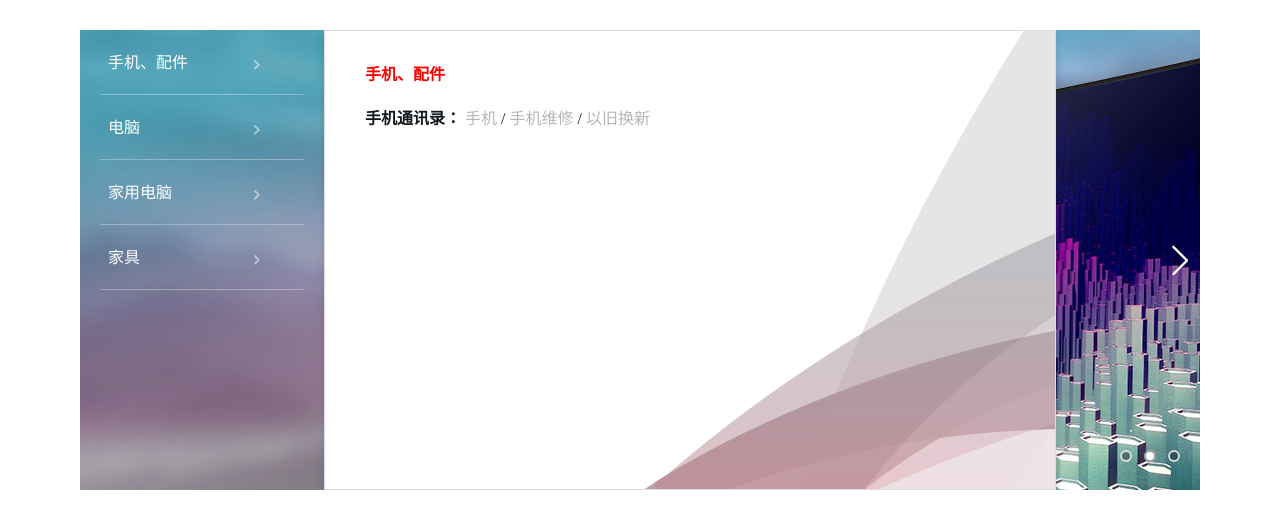
Repository: zhenzhen-gong/JSslider
Page: index.html
These files come from the project's save history. The page is drawn as it stood at one moment and after the next save; the edit follows.
The browser window is 1280 px wide. The pictures show the whole page.

Above is the page before, as saved 2020-06-06 18:56:39.

### index.html
<!DOCTYPE html>
<html lang="en">

<head>
    <meta charset="UTF-8">
    <meta name="viewport" content="width=device-width, initial-scale=1.0">
    <title>JS实现轮播图</title>
    <link rel="stylesheet" href="style.css">
    <script src="js.js"></script>
</head>

<body>
    <div class="main" id="main">
        <!-- 导航栏 -->
        <div class="menu-box">
            <div class="menu-title">
                <a href="#">
                    <span class="text">手机、配件</span><span class="ico">&#xe665;</span>
                </a>
            </div>
            <div class="menu-title">
                <a href="#">
                    <span class="text">电脑</span><span class="ico">&#xe665;</span>
                </a>
            </div>
            <div class="menu-title">
                 <a href="#">
                    <span class="text">家用电脑</span><span class="ico">&#xe665;</span>
                </a>
            </div>
            <div class="menu-title">
                <a href="#">
                    <span class="text">家具</span><span class="ico">&#xe665;</span>
                </a>
            </div>
        </div>
        <!-- 子菜单 -->
        <div class="menu-content">
            <!-- 每个一级menu对应的内容 -->
            <div class="content-box">
                <h4>手机、配件</h4>
                <ul>
                    <li>
                        <span class="title">手机通讯录：</span>
                        <a href="#">手机</a>
                        <span>/</span>
                        <a href="#">手机维修</a>
                        <span>/</span>
                        <a href="#">以旧换新</a>
                    </li>
                    <li></li>
                    <li></li>
                    <li></li>
                    <li></li>
                </ul>
            </div>
        </div>
        <!-- 图片轮播 -->
        <div class="slider" id="slider">
            <a href="">
                <div class="img img1 img-active"></div>
            </a>
            <a href="">
                <div class="img img2"></div>
            </a>
            <a href="">
                <div class="img img3"></div>
            </a>
        </div>
        <!-- 左右箭头 -->
        <span class="button left" id="pre"></span>
        <span class="button right" id="next"></span>
        <!-- 圆点切换 -->
        <div class="circle" id="circle">
            <span class="active"></span>
            <span></span>
            <span></span>
        </div>
        <div class="nav"></div>
        <div class="content"></div>
    </div>
</body>

</html>

### style.css
*{
    margin: 0;
    padding: 0;
}
ul{
    list-style: none;
}
@font-face {font-family: 'iconfont';
    src: url('../img/font/iconfont.eot');
    src: url('../img/font/iconfont.eot') format('embedded-opentype'),
    url('../img/font/iconfont.woff') format('woff'),
    url('../img/font/iconfont.ttf') format('truetype'),
    url('../img/font/iconfont.svg#iconfont') format('svg');
}
body{
    font-family: "微软雅黑";
    color: #14191e;
}
.main{
    position: relative;
    width: 1120px;
    height: 460px;
    margin: 30px auto;
    overflow: hidden;
}
.slider{
    position: relative;
    width: 1120px;
    height: 460px;
}
.img{
    position: absolute;
    width: 1120px;
    height: 460px;
    background-repeat: no-repeat;
    overflow: hidden;
    display: none;
}
.img1{
    background-image: url(img/bg1.jpg);
}
.img2{
    background-image: url(img/bg2.jpg);
}
.img3{
    background-image: url(img/bg3.jpg);
}
.img-active{
    display: block;
}
.button{
    position: absolute;
    width: 40px;
    height: 80px;
    left: 244px;
    top: 50%;
    margin-top: -40px;
    background:url(img/arrow.png) no-repeat center center ;
}
.button:hover{
    background-color: #333;
    opacity: 0.3;
    filter: alpha(opacity=80);/*是为了解决兼容问题，属于css3的filter属性*/
}
.right{
    left: auto;
    right: 0;
}
.left{
    transform: rotate(180deg);
}
.circle{
    position: absolute;
    right: 20px;
    bottom: 24px;
}
.circle span{
    display: inline-block;
    height: 12px;
    width: 12px;
    border-radius: 50%;
    background-color: rgba(7, 17, 27, 0.4);
    margin-left: 8px;
    box-shadow: 0 0 0 2px rgba(255, 255, 255, 0.8) inset;
    cursor: pointer;
}
.circle span.active{
    background-color: #ffffff;
    box-shadow: 0 0 0 2px rgba(7, 17, 27, 0.4) inset;
}
.menu-box{
    position: absolute;
    left: 0;
    top: 0;
    z-index: 1;
    width: 244px;
    height: 460px;
    background-color: rgba(7, 17, 27, 0.3);
}
.menu-title{
    position: relative;
    padding: 0 8px;
    margin: 0 20px;
    border-bottom: 1px solid rgba(255, 255, 255, 0.3);
    height: 64px;
    line-height: 66px;
}
.menu-title a{
    text-decoration: none;
    color: #5e5e5e;
    font-size: 16px;
    color: #ffffff;
}
.menu-title .ico{
    position: absolute;
    right: 32px;
    top: 2px;
    font-size: 30px;
    font-family: "iconfont";
    color: rgba(255, 255, 255, 0.5);
}
.menu-content{
    position: absolute;
    left: 244px;
    top: 0;
    width: 730px;
    height: 458px;
    border: 1px solid #d9dde1;
    z-index: 1;
    box-shadow: 0 4px 8px 0 rgba(0, 0, 0, 0.1);
    background: url(img/fe.png) no-repeat;
}
.content-box{
    width: 100%;
    height: 100%;
    padding: 30px 40px;
    box-sizing: border-box;
}
.content-box h4{
    color: red;
}
.content-box ul{
    margin-top: 20px;
}
.content-box a{
    text-decoration: none;
    color: rgba(7, 17, 27, 0.3);
}
.content-box .title{
    font-weight: bolder;

}

### js.js
window.onload = function () {
    function byId(id){
        return typeof(id) === "string"? document.getElementById(id):id;
      }
      var index = 0,
          timer =null,
          sliders = byId("slider").getElementsByTagName("div"),
          circles = byId("circle").getElementsByTagName("span"),
          len = sliders.length,
          pre = byId("pre"),
          next = byId("next")

     function imgSlider(){
         var main = byId("slider")
        //   鼠标移动到图片上方，图片停止切换
        main.onmouseover = function(){
          if(timer) clearInterval(timer)
        }
        // 鼠标移出图片区域时，图片继续滑动
        main.onmouseout = function(){
            timer = setInterval(function(){
                index++;
                if(index>=len){
                    index = 0;
                }
                // 切换图片
                changeImg()
            }, 3000);
        }
        main.onmouseout();
        //点击圆点切换图片
        // 1、找到所有圆点  并为每个圆点绑定click事件
        for(let i = 0;i<len;i++){
            circles[i].id = i
            circles[i].onclick = function(){
               index = i
                //2、调用切换图片的函数
            changeImg()
            }
        }
        // 给左右箭头绑定点击事件
        next.onclick = function(){
            index++;
            if(index>=len) index=0
            changeImg()
        }
        pre.onclick = function(){
            index--;
            if(index<0) index = len - 1
            changeImg()
        }
     }
     function changeImg(){
         // 当前图片的display属性为block，其他为none；
         for (let i = 0;i<len;i++){
             sliders[i].style.display = "none"
             circles[i].className = " " //清除所有小圆点上的类，在当前小圆点上增加active类名  实现点击哪个小圆点，那个小圆点的样式改变
         }
         sliders[index].style.display = "block"
         circles[index].className = "active"
     }
     imgSlider()
}

After the next save:
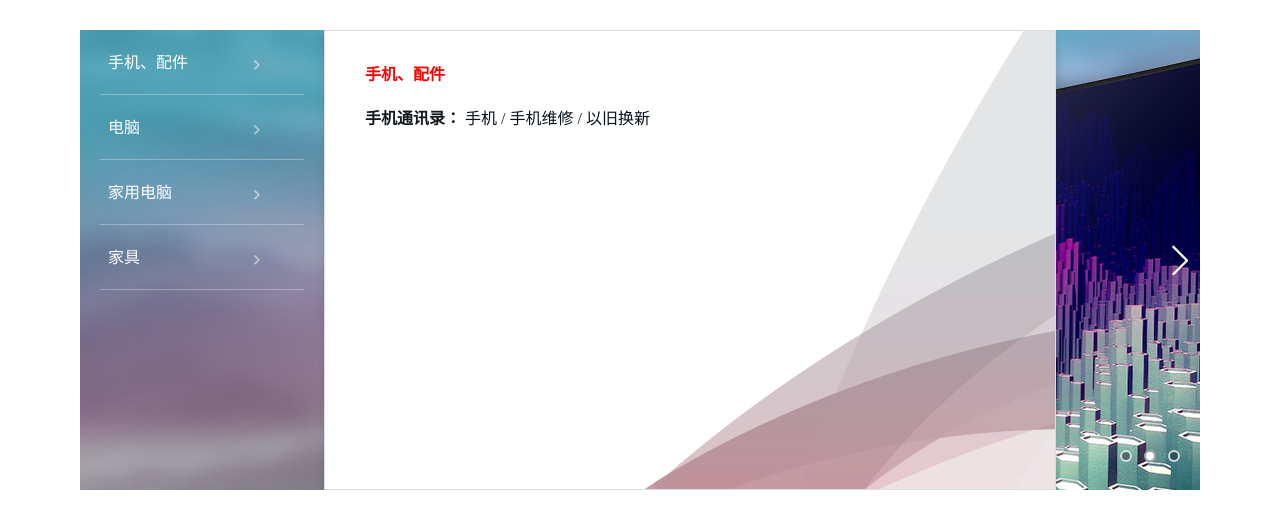
Saved 11 s later.
--- a/style.css
+++ b/style.css
@@ -144,7 +144,7 @@
 }
 .content-box a{
     text-decoration: none;
-    color: rgba(7, 17, 27, 0.3);
+    color: rgb(7, 17, 27);
 }
 .content-box .title{
     font-weight: bolder;
